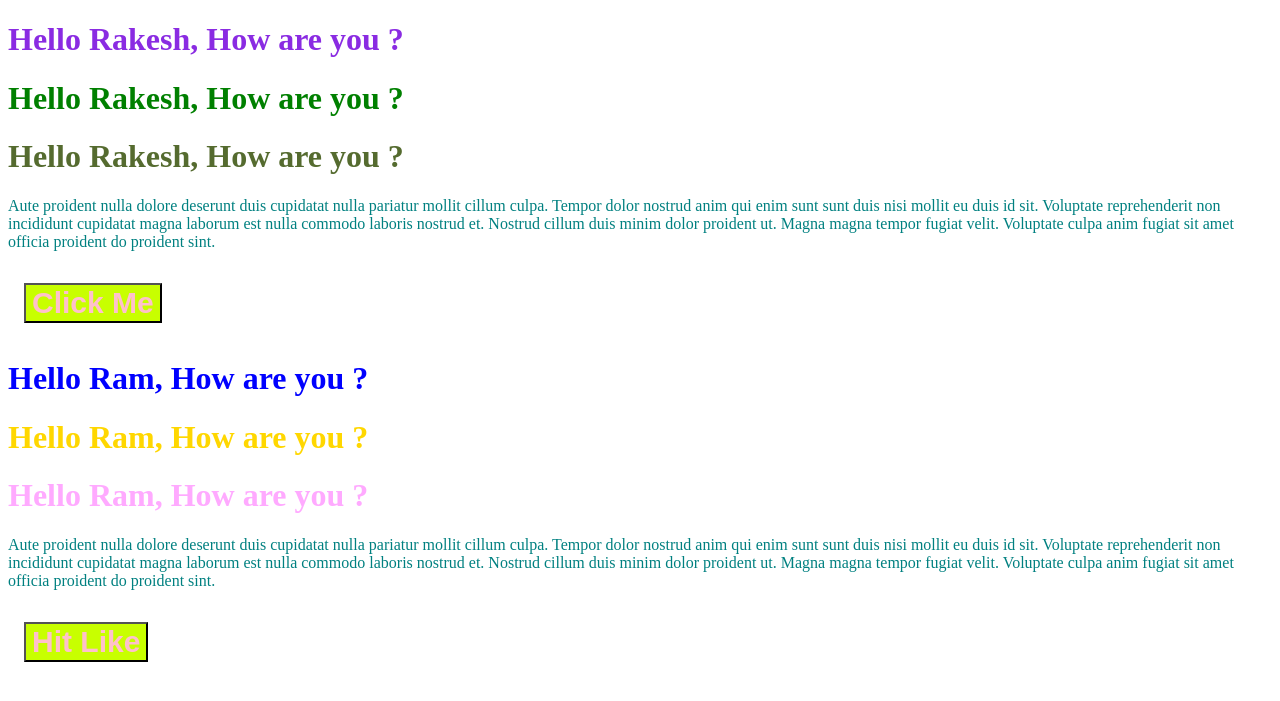
Repository: rakeshkolpepatil/CSS_Apana_College
Page: index.html
These files come from the project's save history. The page is drawn as it stood at one moment and after the next save; the edit follows.
The browser window is 1280 px wide. The pictures show the whole page.

Above is the page before, as saved 2023-06-21 19:07:44.

After the next save:
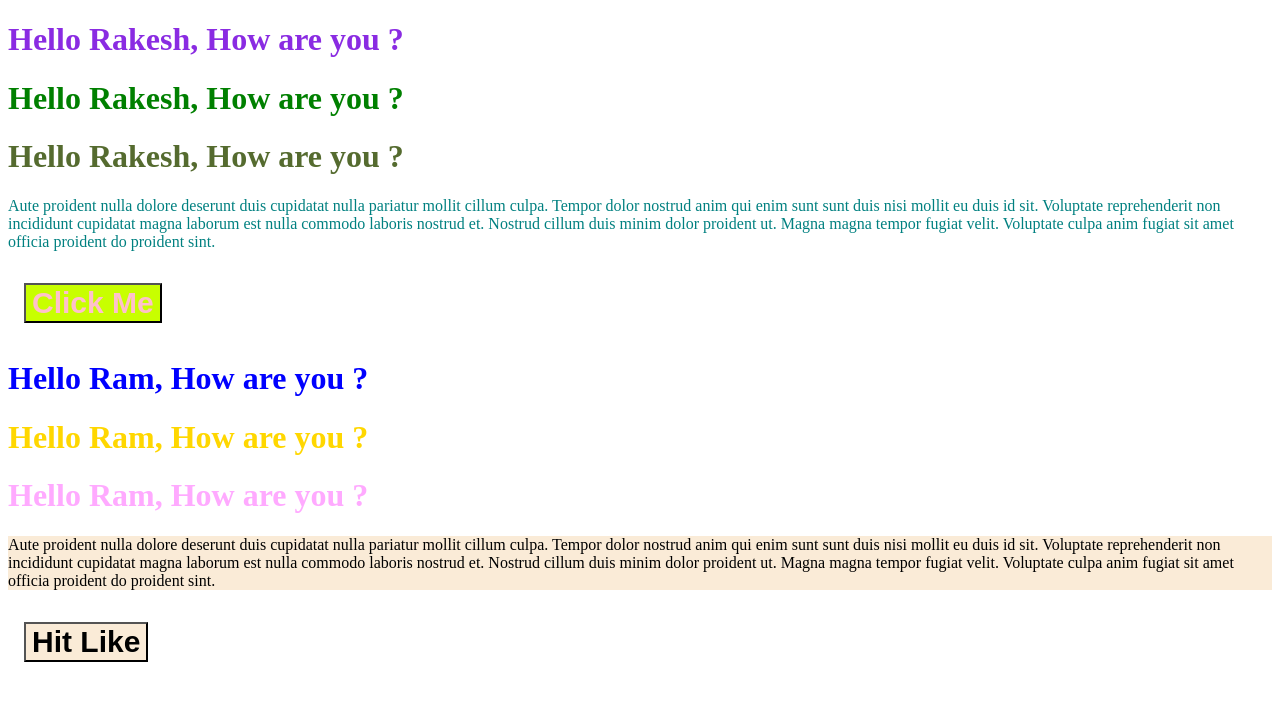
Saved 9 s later.
--- a/style.css
+++ b/style.css
@@ -27,7 +27,7 @@ button{
   color:#ffaaff
 }
 
-class1{
+.class1{
   background-color:antiquewhite;
   color: #000000
 }
